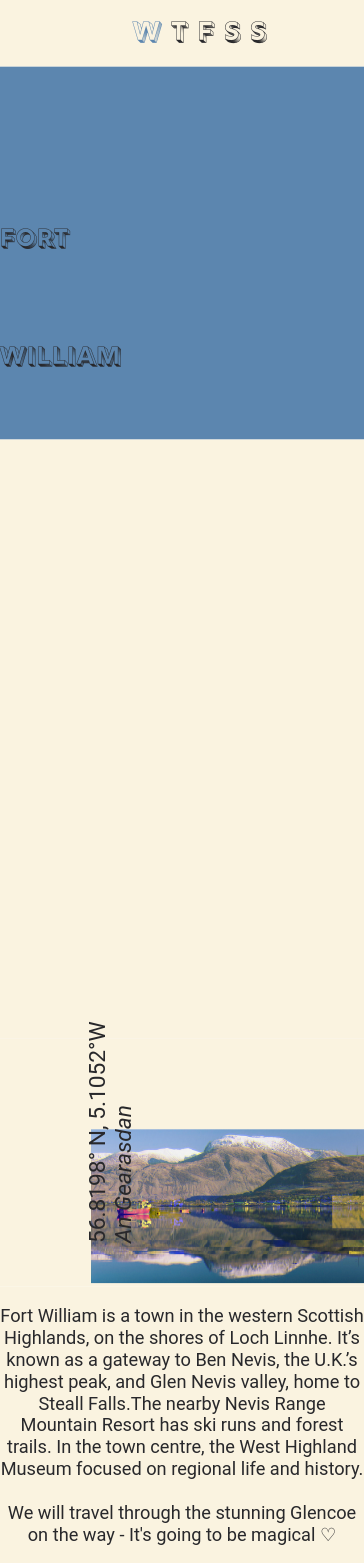
Repository: etak-yram/FINAL-CFG-WEB-DEV
Page: wednesday.html
An editor plug-in stored every save of this project. The page is shown before and after the next save, followed by the edit.
The browser window is 375 px wide. The page is 400 px wide, so the pictures cover 400 px, including what lies to the right of the window. The pictures show the whole page, at 91% of full size.

Above is the page before, as saved 2022-07-27 12:35:06.

### wednesday.html
<!DOCTYPE html>
<html lang="en">

<style>
    #menu-item-wed {
    color: #5c86af;
}

    #aside-color-w {
    background-color: #5c86af;
}

    #aside-text-wed {
        font-size: 6em;
    }

    #aside-text-wed {
        font-size: 6em;
    }
</style>

<head>
    <meta charset="UTF-8">
    <meta http-equiv="X-UA-Compatible" content="IE=edge">
    <meta name="viewport" content="width=device-width, initial-scale=1.0">
    <link rel="stylesheet" type="text/css" href="style-main.css"/>

    <title>WED</title>
</head>
<body>
        <aside id="aside-color-w">
            <div class="aside-text-h" id="aside-text-wed">
                <h1>Fort<br>William</h1>
            </div>
        </aside>

        <subtext>
            <p class="sub-text">56.8198° N, 5.1052°W<br><em>An Gearasdan</em></p>
        </subtext>

        <header>
            <ul class="navbar">
                <li><a href="/wednesday.html" id="menu-item-wed" class="menu-item">Wed</a></li>
                <li><a href="/thursday.html" id="menu-item-thu" class="menu-item">Thu</a></li>
                <li><a href="/friday.html" id="menu-item-fri" class="menu-item">Fri</a></li>
                <li><a href="/saturday.html" id="menu-item-sat" class="menu-item">Sat</a></li>
                <li><a href="/sunday.html" id="menu-item-sun" class="menu-item">Sun</a></li>
            </ul>
        </header>



        <mobile-header>
            <ul class="mobile-navbar">
                <li><a href="/wednesday.html" id="menu-item-wed" class="menu-item">W</a></li>
                <li><a href="/thursday.html" id="menu-item-thu" class="menu-item">T</a></li>
                <li><a href="/friday.html" id="menu-item-fri" class="menu-item">F</a></li>
                <li><a href="/saturday.html" id="menu-item-sat" class="menu-item">S</a></li>
                <li><a href="/sunday.html" id="menu-item-sun" class="menu-item">S</a></li>
            </ul>
        </mobile-header>



        <main-img>
            <div>
                <img class="home-image" src="/images/Fort William.png">
            </div>
        </main-img>

        <main><p>Fort William is a town in the western Scottish Highlands, on the shores of Loch Linnhe. It’s known as a gateway to Ben Nevis, the U.K.’s highest peak, and Glen Nevis valley, home to Steall Falls.The nearby Nevis Range Mountain Resort has ski runs and forest trails. In the town centre, the West Highland Museum focused on regional life and history.<br><br>
        We will travel through the stunning Glencoe on the way - It's going to be magical ♡</p></main>

        <footer></footer>

        <rightside></rightside>

</html>

### style-main.css
@font-face {
  font-family: halftone;
  src: url("/fonts/MyFontsWebfontsKit/webFonts/RigBoldHalftone/font.woff");
}
@import url('https://fonts.googleapis.com/css2?family=Roboto:wght@100&display=swap');
/* font-family: 'Roboto', sans-serif; */

body, html {
  height: 100vh;
}


body {
  margin: 0;
  display: grid;
  grid-template-columns: 21% 15% 20% 30% 21% ;
  grid-template-rows: 10% auto auto 10%;
  grid-template-areas:
    "sidebar subtext header header aside"
    "sidebar subtext main-img main-img aside"
    "sidebar subtext main main aside"
    "sidebar footer footer footer aside";
}


/* right sidebar */

rightside {
  grid-area: aside;
  background-color:#faf3e0;
}

/* sidebar */
aside {
  grid-area: sidebar;
}

.aside-text-h {
  transform: rotate(-90deg);
  transform-origin:bottom right;
  padding-top: 100px;
}

.aside-text-h h1 {
  font-family: halftone;
  color: #28282B;
  line-height: 130px;
}

/* subtext */

subtext {
  grid-area: subtext;
  background-color:#faf3e0;
}

.sub-text {
  font-family: 'Roboto', sans-serif;
  color:#28282B;
  font-size: 25px;
  transform: rotate(-90deg);
  transform-origin:bottom;
  padding-top: 550px;
  margin-left: -100px;
}


/* navbar */



header {
  grid-area: header;
  background-color:#faf3e0;
}


.navbar {
  display: flex;
  list-style: none;
  justify-content: center;
  justify-items: center;

}

.navbar a {
  font-family: halftone;
  text-decoration: none;
  color: #28282B;
  font-size: 4rem;
  padding: 20px;
}

#menu-item-wed:hover {
	color: #5c86af;
}
#menu-item-thu:hover {
	color: #ff914d;
}
#menu-item-fri:hover {
	color: #ffde59;
}
#menu-item-sat:hover {
	color: #03989e;
}
#menu-item-sun:hover {
	color: #b071c2;
}

/* main image  */

main-img {
  grid-area: main-img;
  background-color:#faf3e0;
  display: flex;
  align-items: center;
  padding-left: 100px;
  padding-top: 100px;
}

.home-image {
  width: 800px;
}


/* paragraph of info */
main {
  grid-area: main;
  background-color: #faf3e0;
  text-align: center;
}

main p {
  font-family: 'Roboto', sans-serif;
  color:#28282B;
  font-size: 20px;
}


/* footer */
footer {
  grid-area: footer;
  background-color:#faf3e0;
}





























/* Media Queries */

/* Extra small devices (phones, 600px and down) */
@media only screen and (max-width: 600px) {

  body {
    margin: 0;
    display: grid;
    grid-template-columns: 1fr;
    grid-template-rows: auto;
    grid-template-areas:
      "header"
      "sidebar"
      "subtext"
      "main-img"
      "main"
      "footer";
  }

  header {
    display: none;
  }

  mobile-header {
    grid-area: header;
    background-color:#faf3e0;
  }


  .mobile-navbar {
    display: flex;
    list-style: none;
    justify-content: center;
    justify-items: center;

  }

  .mobile-navbar a {
    font-family: halftone;
    text-decoration: none;
    color: #28282B;
    font-size: 2rem;
    padding: 5px;

  }


/* sidebar */
aside {
  grid-area: sidebar;
}


.aside-text-h h1 {
  font-family: halftone;
  color: #28282B;
  font-size: 30px;
}


.aside-text-h {
  transform: none;
  transform-origin:bottom right;
  padding-top: -100px;
}

.aside-text-h h1 {
  font-family: halftone;
  color: #28282B;
  line-height: 130px;
}

/* subtext */

subtext {
  grid-area: subtext;
  background-color:#faf3e0;
}

.sub-text {
  font-family: 'Roboto', sans-serif;
  color:#28282B;
  font-size: 25px;
  transform: rotate(-90deg);
  transform-origin:bottom;
  padding-top: 550px;
  margin-left: -100px;
}





/* main image  */

main-img {
  grid-area: main-img;
  background-color:#faf3e0;
  display: flex;
  align-items: center;
}

.home-image {
  width: 80vw;
}


/* paragraph of info */
main {
  grid-area: main;
  background-color: #faf3e0;
  text-align: center;
}

main p {
  font-family: 'Roboto', sans-serif;
  color:#28282B;
  font-size: 20px;
}


/* footer */
footer {
  grid-area: footer;
  background-color:#faf3e0;
}


  }

/* Small devices (portrait tablets and large phones, 600px and up) */
@media only screen and (min-width: 600px) {}
/* Medium devices (landscape tablets, 768px and up) */
@media only screen and (min-width: 768px) {}

/* Large devices (laptops/desktops, 992px and up) */
@media only screen and (min-width: 992px) {
  mobile-header {
    display: none;
  }
}

/* Extra large devices (large laptops and desktops, 1200px and up) */
@media only screen and (min-width: 1200px) {
  mobile-header {
    display: none;
  }
}

After the next save:
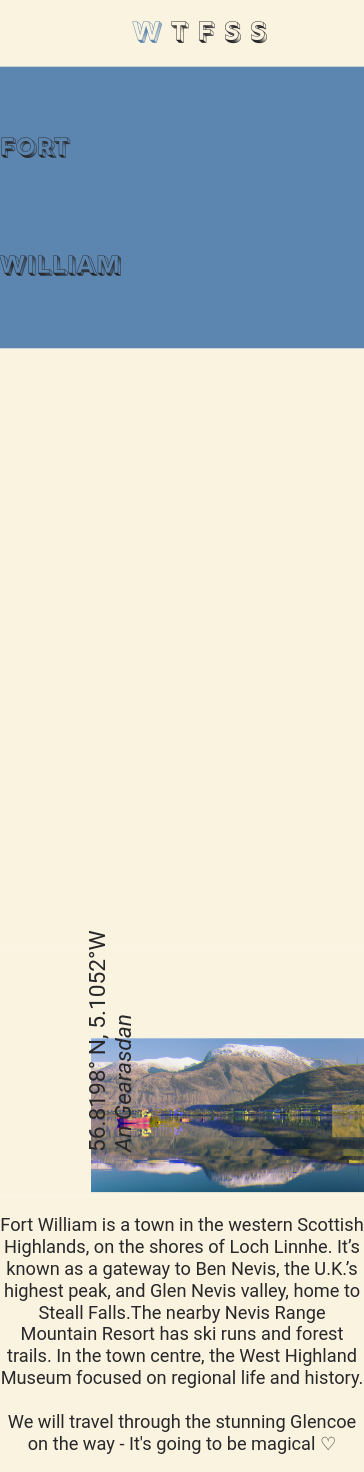
Saved 9 s later.
--- a/style-main.css
+++ b/style-main.css
@@ -233,8 +233,8 @@
 
 .aside-text-h {
   transform: none;
-  transform-origin:bottom right;
-  padding-top: -100px;
+  transform-origin:none;
+  padding-top: 0;
 }
 
 .aside-text-h h1 {

After the save that followed:
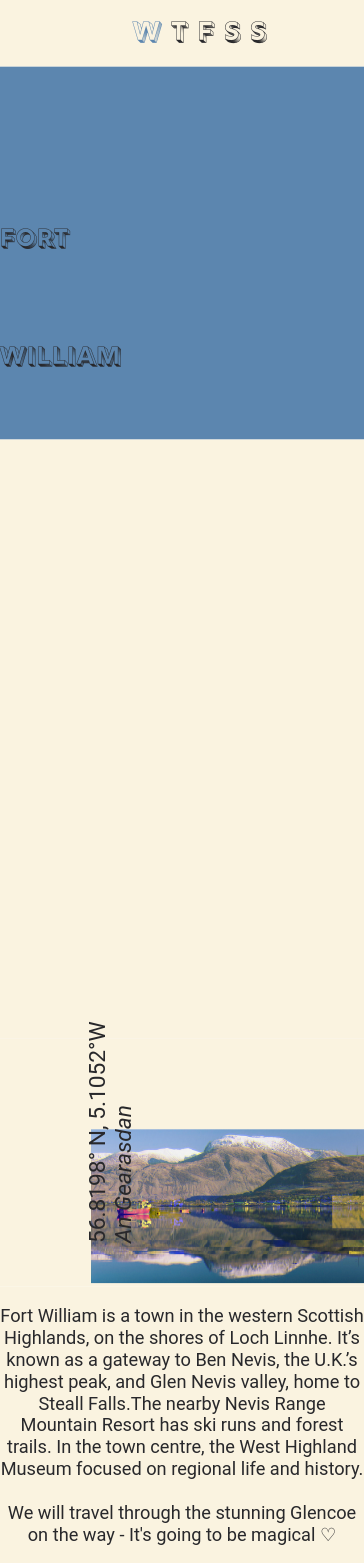
Saved 13 s later.
--- a/style-main.css
+++ b/style-main.css
@@ -234,13 +234,11 @@
 .aside-text-h {
   transform: none;
   transform-origin:none;
-  padding-top: 0;
 }
 
 .aside-text-h h1 {
   font-family: halftone;
   color: #28282B;
-  line-height: 130px;
 }
 
 /* subtext */
